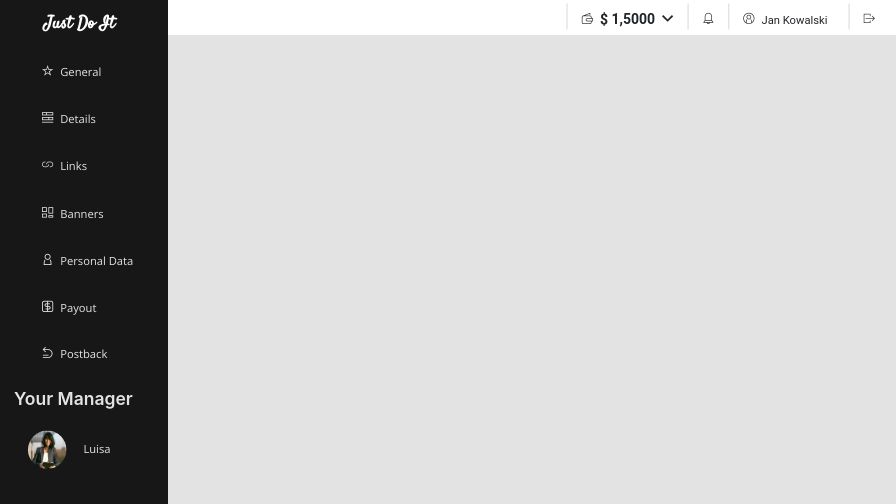
Repository: OllaWilk/wwwJustDoIt
Page: index.html
These files come from the project's save history. The page is drawn as it stood at one moment and after the next save; the edit follows.
The browser window is 1280 px wide. The pictures show the part of the page from y = 0 to 1920 px (the page is 720 px tall before and 2656 px after), at 70% of full size.
Some web libraries are served in a nearby version. The style sheet was rebuilt from its Sass, Less or Tailwind sources for each picture, by a compiler version that may differ from the author's.

Above is the page before, as saved 2019-12-29 23:30:03.

After the next save:
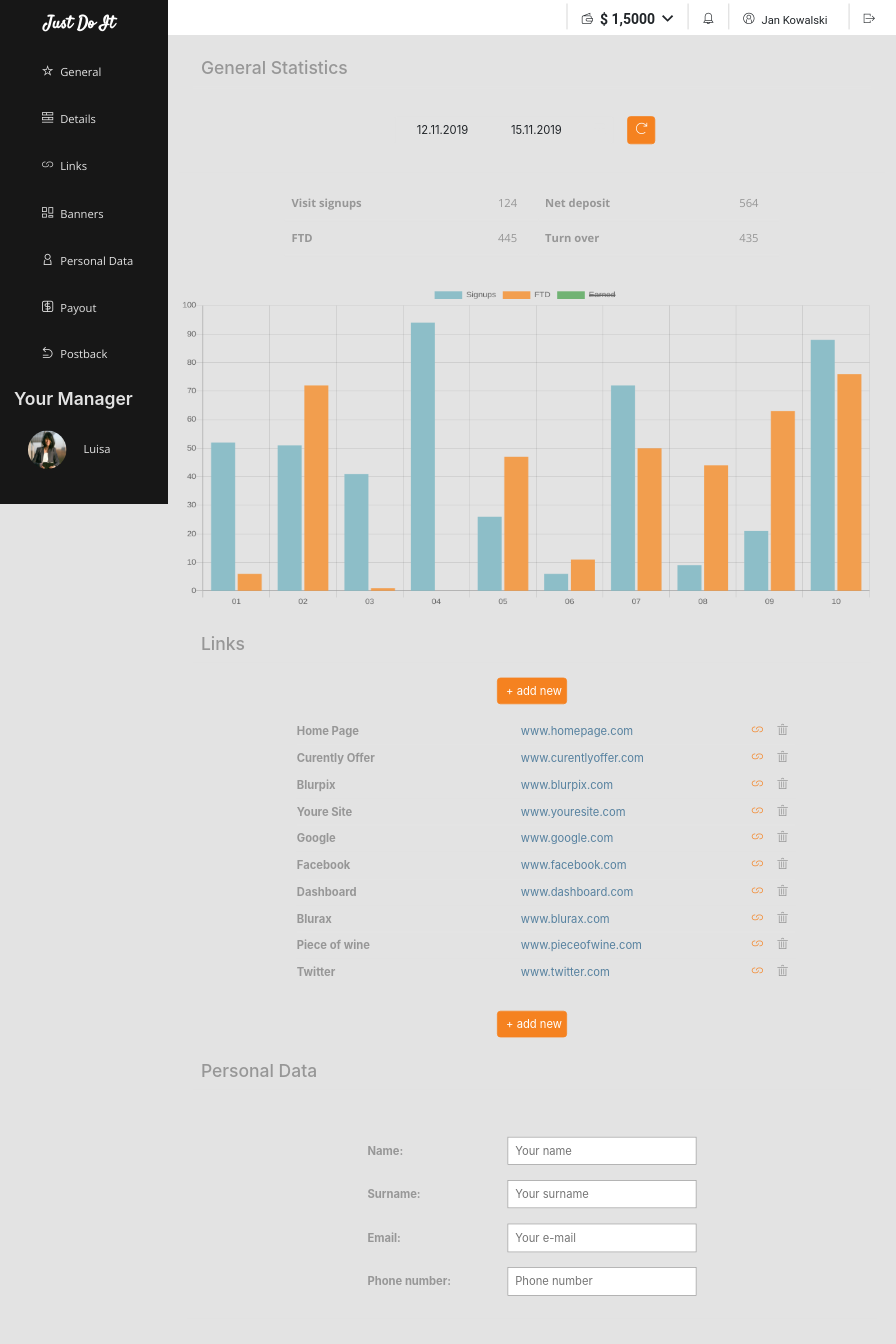
Saved 30 s later.
--- a/sass/pages/_mainPage.scss
+++ b/sass/pages/_mainPage.scss
@@ -1,7 +1,13 @@
-.page {
+.generalStatistics {
     background-color: $color-light;
     margin-bottom: 20px;
     display: none;
+}
+
+.generalStatistics.active {
+    display: block;
+    background-color: $color-light;
+    margin-bottom: 20px;
 }
 
 .title {
